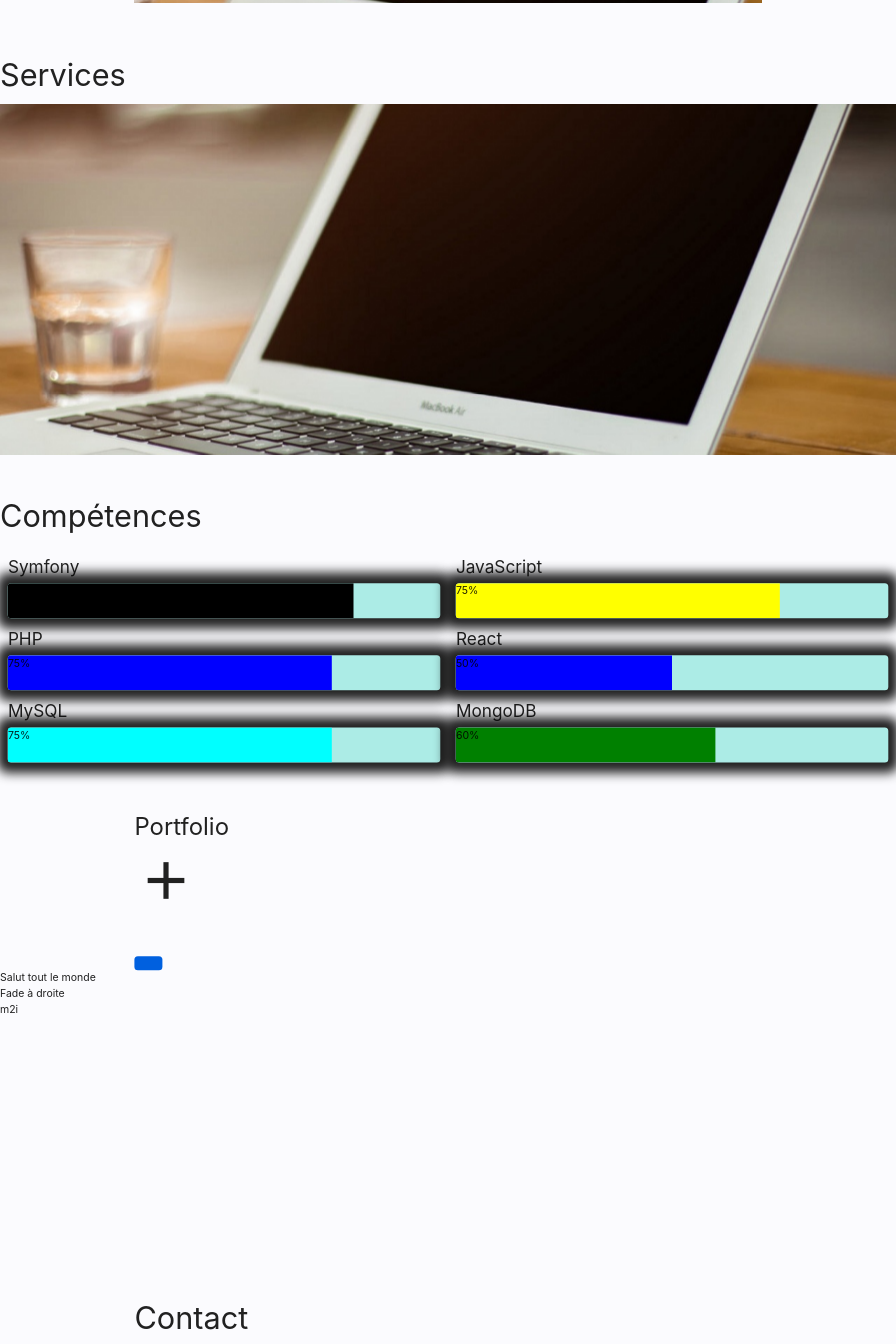
Repository: duncanidaho14/mavitrine
Page: index.html
An editor plug-in stored every save of this project. The page is shown before and after the next save, followed by the edit.
The browser window is 1280 px wide. The pictures show the part of the page from y = 1233 to 3153 px (the page is 4178 px tall), at 70% of full size.

Above is the page before, as saved 2021-06-15 19:44:14.

### index.html
<!DOCTYPE html>
<html lang="fr">
<head>
    <meta charset="UTF-8">
    <meta http-equiv="X-UA-Compatible" content="IE=edge">
    <meta name="viewport" content="width=device-width, initial-scale=1.0">
    <meta name="description" content="">
    <meta name="theme-color" content="#84db94">
    <!-- Compiled and minified CSS -->
    <link href="https://fonts.googleapis.com/icon?family=Material+Icons" rel="stylesheet">
    <link rel="stylesheet" href="https://cdnjs.cloudflare.com/ajax/libs/materialize/1.0.0/css/materialize.min.css">
    <link href="https://unpkg.com/aos@2.3.1/dist/aos.css" rel="stylesheet">
    <link rel="stylesheet" href="./assets/css/style.css">
    <title>Elhadi BEDDAREM</title>
</head>
<body>
<div class="inc">

    <header class="container-fluid">
        <div class="row">
            <nav class="navbar-fixed">
                <div class="nav-wrapper">
                    <a id="switch" onclick="toggleTheme()" class="waves-effect waves-light btn-large"><i class="material-icons">airplay</i></a>
                    <a href="#!" class="brand-logo">EB<i class="material-icons">cloud</i></a>
                    <ul class="right hide-on-med-and-down">
                        <li><a href="#services" class="sc"><i class="material-icons">search</i></a></li>
                        <li><a href="#competences"><i class="material-icons">view_module</i></a></li>
                        <li><a href="#parcours"><i class="material-icons">refresh</i></a></li>
                        <li><a href="#contact"><i class="material-icons">more_vert</i></a></li>
                    </ul>
                </div>
            </nav>
            <ul class="sidenav" id="mobile-demo">
                <li><a href="#quisuisje">Qui suis-je ?</a></li>
                <li><a href="#mestechno">Mes techno</a></li>
                <li><a href="#parcours">Parcours</a></li>
                <li><a href="#contact">Contact</a></li>
            </ul>
            <ul id="slide-out" class="sidenav">
                <li>
                    <div class="user-view">
                        <div class="background">
                            <img src="/assets/img/mysql.png" class="circle">
                        </div>
                        <a href="#user"><img class="circle" src="/assets/img/git.png"></a>
                        <a href="#name"><span class="black-text name">Elhadi Beddarem</span></a>
                        <a href="#email"><span class="black-text email">elhadibeddarem@gmail.com</span></a>
                    </div>
                </li>
                <li><a href="https://codeintheshell.fr" target="_blank"><i class="material-icons">cloud</i>Autre site : codeintheshell.fr</a></li>
                <li><a href="https://shtex.fr/">Autre site : shtex.fr</a></li>
                <li><a href="http://shtexworld.fr/">Autre site : shtexworld.fr</a></li>
                <li>
                    <div class="divider"></div>
                </li>
                <li><a class="subheader">séparateur</a></li>
                <li><a class="waves-effect" href="./assets/img/cvelhadi.pdf" download="cvelhadi"><i class="material-icons">cloud_download</i> CV Download</a></li>
            </ul>
            <a href="#" data-target="slide-out" class="sidenav-trigger"><i class="material-icons">menu</i></a>
        </div>
    </header>

    <section class="container">
        <article class="row">
            <h1 class="elhadi-title" data-aos="fade-right">Elhadi BEDDAREM</h1>
            <h2 data-aos="fade-left">Concepteur d'Application Web</h2>
            <div class="carousel" data-aos="zoom-in-left">
                <a class="carousel-item" href="#two!"><img src="./assets/img/react.png"></a>
                <a class="carousel-item" href="#one!"><img src="./assets/img/symfony.png"></a>
                <a class="carousel-item" href="#three!"><img src="./assets/img/mysql.png"></a>
                <a class="carousel-item" href="#four!"><img src="./assets/img/git.png"></a>
                <a class="carousel-item" href="#five!"><img src="./assets/img/javascript.png"></a>
            </div>

            <div class="parallax-container" data-aos="zoom-in-left">
                <div class="parallax">
                    <img src="./assets/img/ordinateur-de-bureau-pc.jpg" alt="ordinateur de bureau"/>
                </div>
            </div>
        </article>


    </section>

    <section class="container-fluid">
        <div id="services" class="section scrollspy"></div>
        <article class="row services">
            <h3>Services</h3>
            <div class="parallax-container" data-aos="zoom-in-right">
                <div class="parallax">
                    <img src="./assets/img/ordinateur-de-bureau-pc.jpg" alt="ordinateur de bureau"/>
                </div>
            </div>
        </article>
    </section>

    <section class="container-fluid section scrollspy" data-aos="fade-up" id="competences">
        <article class="row competences">
            <h3>Compétences</h3>

                <div class="col s6 ">
                    <h5 class="title-five">Symfony</h5>
                    <div class="progress bar">
                        <div class="determinate symfony" data-done="80">80%</div>
                    </div>

                    <h5 class="title-five">PHP</h5>
                    <div class="progress bar">
                        <div class="determinate php" data-done="75">75%</div>
                    </div>
                    <h5 class="title-five">MySQL</h5>
                    <div class="progress bar">
                        <div class="determinate mysql" data-done="75">75%</div>
                    </div>
                </div>
                <div class="col s6">
                    <h5 class="title-five">JavaScript</h5>
                    <div class="progress bar">
                        <div class="determinate javascript" data-done="75">75%</div>
                    </div>
                    <h5 class="title-five">React</h5>
                    <div class="progress bar">
                        <div class="determinate react" data-done="50">50%</div>
                    </div>
                    <h5 class="title-five">MongoDB</h5>
                    <div class="progress bar">
                        <div class="determinate mongodb" data-done="60">60%</div>
                    </div>
                </div>
        </article>

    </section>

    <aside class="container">
        <article class="row">
            <h4>Portfolio</h4>
            <p><i class="material-icons large">add</i></p>
            <div id="search" class="section scrollspy"></div>
        </article>
        <button></button>
    </aside>




<div data-aos="fade-up">Salut tout le monde</div>



<div data-aos="fade-right">Fade à droite</div>


<div class="fadeup" data-aos="fade-up"
    data-aos-anchor-placement="top-center">
        m2i
</div>
<section class="container">
    <article class="row">
        <h3>Contact</h3>
        <form action="./contact.php" method="POST">
            <input type="text" class="input-group-text" placeholder="nom">
            <input type="email" class="input-group-text" placeholder="email">
            <a class="waves-effect waves-light btn"><i class="material-icons right">cloud</i>Envoyer</a>        </form>

    </article>
</section>

    <footer>
        <p>
                En 2016, un ami m'a mis le pied à l'étriller en me montrant PHP et MySQL.
                Alors je me suis formé au joie du code et m'orienté dans le domaine du web.
                J'ai commencé à suivre des formations sur des plateformes gratuites telle que youtube, freecodecamp
                mais aussi payantes telle que udemy.
            </p>
            <p>En 2017, j'ai travaillé chez FTL Express, une société chinoise de livraison de colis.
                Nous avions pour projet une application d'impression de timbres postaux.
                Le but étant de facilité l'envoie de colis postaux vers la chine pour les personnes chinoises vivant en France. Ceux là leur simplifie  la vie puisqu'il n'ont pas
                à faire la queue à la poste pour l'envoie de leur colis.
                Coté front nous avons utilisé Vue JS et coté back Java. En temps que développeur front-end je suis responsable de la qualité de mon code<br>
                - Migration Vue 2.* et Int8 de l'application<br>
                - Implémentationde fonctionnalité d’importation de CSV
                - Test Unitaire et fonctionnel.<br>
                et de PDF<br>
                <span>Environnement technique: Vue JS, Node JS, Express,
                Element io, Chai, Mocha, SCRUM.</span>
            </p>

            <p>En 2018, j'ai travaillé pour la société Azzerisk Advantage basée à saint Mandé. AZZERISK Advantage est un cabinet indépendant et international proposant
            des solutions complètes en risk management. <br>
                    -         Installation de Cassandra sous windows 10<br>
                    -         Ajout de nouvelles règles de gestion<br>
                    -         Stockage en base de données NoSQL (Cassandra)<br>
                    -         Maintenance évolutive et corrective sur un logiciel de comparaison de stratégie de risk. <br>
                    -         Mise en forme de l’application grâce au flexbox<br>
                    Environnement technique : AngularJS, Oracle, Cassandra, REST, Elasticsearch
            </p>

            <p>En 2019, J'ai travaillé sur des projets personnels : <br>
                <a href="https://shtex.fr" target="_blank">https://shtex.fr</a> est un site en React JS. C'est une SPA connecté à une API REST (the MovieDB). <br>
                <a href="http://shtexworld.fr" target="_blank">https://shtexworld.fr</a> est un site en javascript. Le jeu Snake pour les amateurs ;)<br>
                <a href="http://shtexworld.com"target="_blank" >https://shtexworld.com</a> est un site en React JS. il permet de voir la valeur de la monnaie par rapport au dollar.<br>
            J'ai lu le livre "tête la première dans les design pattern" écrit par Eric Freeman.
            </p>

            <p>En 2020, Développeur fullstack d'une application de calcul du nutriscore avec une solution Symfony 4.3 (twig) :
                <br>
                <a href="https://www.coopin.io/coopincook" target="_blank" rel="noopener noreferrer">https://www.coopin.io/coopincook</a>
                <br>
                <a href="https://cook.readyplayerweb.com/" target="_blank" rel="noopener noreferrer">https://cook.readyplayerweb.com/</a>
                <br>
                Web Scrapping en php de recette de cuisine. Site cuisine AZ, Marmitton, journal des femmes. <br>
                Implémentation de différentes fonctionnalité comme facebook login, facebook share, google sign-in...
                dans le projet symfony.<br>
                Inscription à l'app, connexion à l'app. envoie de mail avec swiftmailer... <br>
                Importation de CSV dans la base de données grâce à une connexion ssh et scp. <br>
                Installation du bundle webpack encore...<br>
                Ecriture de doc technique...<br>
                Site Wordpress avec Elementor.io
            </p>
            <p>
                cours udemy :
                cours d'algo avec matthieu Gaston
                    - algo de tri
                    -
                Octobre 2020<br>
                cours js<br>
                requete HTTP <br>
                function asynchrone<br>
                cours web component HTML5
            </p>
        <div id="footer">
            <p>je fais des macro sur wow</p>
        </div>
    </footer>

</div>

    <!-- Compiled and minified JavaScript -->
    <script src="https://cdnjs.cloudflare.com/ajax/libs/jquery/3.6.0/jquery.js"></script>
    <script src="https://unpkg.com/@popperjs/core@2"></script>
    <script src="https://cdnjs.cloudflare.com/ajax/libs/materialize/1.0.0/js/materialize.min.js"></script>
    <script src="https://unpkg.com/aos@2.3.1/dist/aos.js"></script>
    <script src="./assets/js/index.js"></script>
    <script>
        AOS.init();
    </script>
</body>
</html>

### assets/css/style.css
@font-face {
    font-family: "aladin-v8-latin-regular";
    src:    url("/assets/static/aladin-v8-latin-regular.woff2") format("woff2"),
            url("/assets/static/aladin-v8-latin-regular.woff") format("woff");
}

.theme-light {
    --color-primary: #0060df;
    --color-secondary: #fbfbfe;
    --color-accent: #fd6f53;
    --color-info: #ff9f41;
    --color-prud: #ffcb99;
    --font-color: #000000;
}

.theme-dark {
    --color-primary: #17ed90;
    --color-secondary: #2e6770;
    --color-third: #ff9f41;
    --color-accent: #12cdea;
    --color-info: #00ffff;
    --color-prud: #730100;
    --font-color: #ffffff;
}



* {
    margin: 0;
    padding: 0;
    box-sizing: border-box;
}

html, body {
    scroll-behavior: smooth;
}

.navbar-fixed {
    margin-top: -80px;
    position: fixed;
    z-index: 999;
    background-color: #0060df;
}

a .sidenav-trigger {
    position: relative;
    margin-top: 140px;
    width: 40px;
    height: 40px;
    z-index: 9999;
}

header.container-fluid {
    margin-top: 80px;
    height: auto;
}

.up {
    background-color: bisque;
}

.fadeup {
    width: 200px;
    height: 400px;
}

.inc {

    background: var(--color-secondary);

}

.inc h1 {
    color: var(--font-color);
}

.inc button {
    width: 10px;
    height: 20px;
    color: var(--font-color);
    background: var(--color-primary);
    padding: 10px 20px;
    border: 0;
    border-radius: 5px;
}

#switch {
    background-color: rgba(128, 0, 49, .2);
    top: -5px;
}

.elhadi-title {
    color: #000000;

}

.determinate {
    position: absolute;
}


div.progress.bar {
    height: 50px;
    border-radius: 5px 5px 5px 5px;
    box-shadow: 0px 0px 15px 15px;
}
div.determinate.symfony {
    background-color: #000000;

    height: 50px;
}

.progress>.determinate.symfony {

    width: 0%;
}

.progress>.determinate.react {
    background-color: blue;
}

.progress>.determinate.mysql {
    background-color: aqua;

}

.progress>.determinate.php {
    background-color: blue;
}

.progress>.determinate.javascript {
    background-color: yellow;
}

.progress>.determinate.mongodb {
    background-color: green;
}

### assets/js/index.js
$(document).ready(function(){
    $(".dropdown-trigger").dropdown();
    $('.sidenav').sidenav();
    $('.carousel').carousel();
    $('.parallax').parallax();
    $('.scrollspy').scrollSpy();
});


let competences = document.querySelector(".competences");
let progress = document.querySelectorAll(".progress");
let determinate = document.querySelectorAll(".determinate");
const symfony = document.querySelector('.determinate.symfony');
const react = document.querySelector(".determinate.react");
const mysql = document.querySelector(".determinate.mysql");
const php = document.querySelector(".determinate.php");
const javascript = document.querySelector(".determinate.javascript");
const mongodb = document.querySelector(".determinate.mongodb");
const progressbar = document.querySelector(".progress.bar");

window.addEventListener('scroll', () => {

    if (window.scrollY > 650) {
        competences.classList.add('up');
        symfony.style.width = symfony.getAttribute('data-done') + '%';
        php.style.width = php.getAttribute('data-done') + '%';
        mysql.style.width = mysql.getAttribute('data-done') + '%';
        javascript.style.width = javascript.getAttribute('data-done') + '%';
        react.style.width = react.getAttribute('data-done') + '%';
        mongodb.style.width = mongodb.getAttribute('data-done') + '%';
    }else {
        competences.classList.remove('up');
    }
});

/**
 * Permet d'afficher l'onglet d'une couleur différente
 * Ne marche que sur chrome Android
 * @returns Color
 */
function getRandomRGBValue() {
    return Math.min(Math.floor(Math.random() * 255 + 1), 255);
}

function getRandomColor() {
    var r = getRandomRGBValue(),
        g = getRandomRGBValue(),
        b = getRandomRGBValue();
    return "#" + (((1 << 24) + (r << 16) + (g << 8) + b).toString(16).slice(1));
}

function changeThemeColor() {
    var metaThemeColor = document.querySelector("meta[name=theme-color]");
    metaThemeColor.setAttribute("content", getRandomColor());
    setTimeout(function () {
        changeThemeColor();
    }, 3000);
}

changeThemeColor();


// function to set a given theme/color-scheme
function setTheme(themeName) {
    localStorage.setItem('theme', themeName);
    document.documentElement.className = themeName;
}
// function to toggle between light and dark theme
function toggleTheme() {
    if (localStorage.getItem('theme') === 'theme-dark') {
        setTheme('theme-light');
    } else {
        setTheme('theme-dark');
    }
}
// Immediately invoked function to set the theme on initial load
(function () {
    if (localStorage.getItem('theme') === 'theme-dark') {
        setTheme('theme-dark');
    } else {
        setTheme('theme-light');
    }
})();

After the next save:
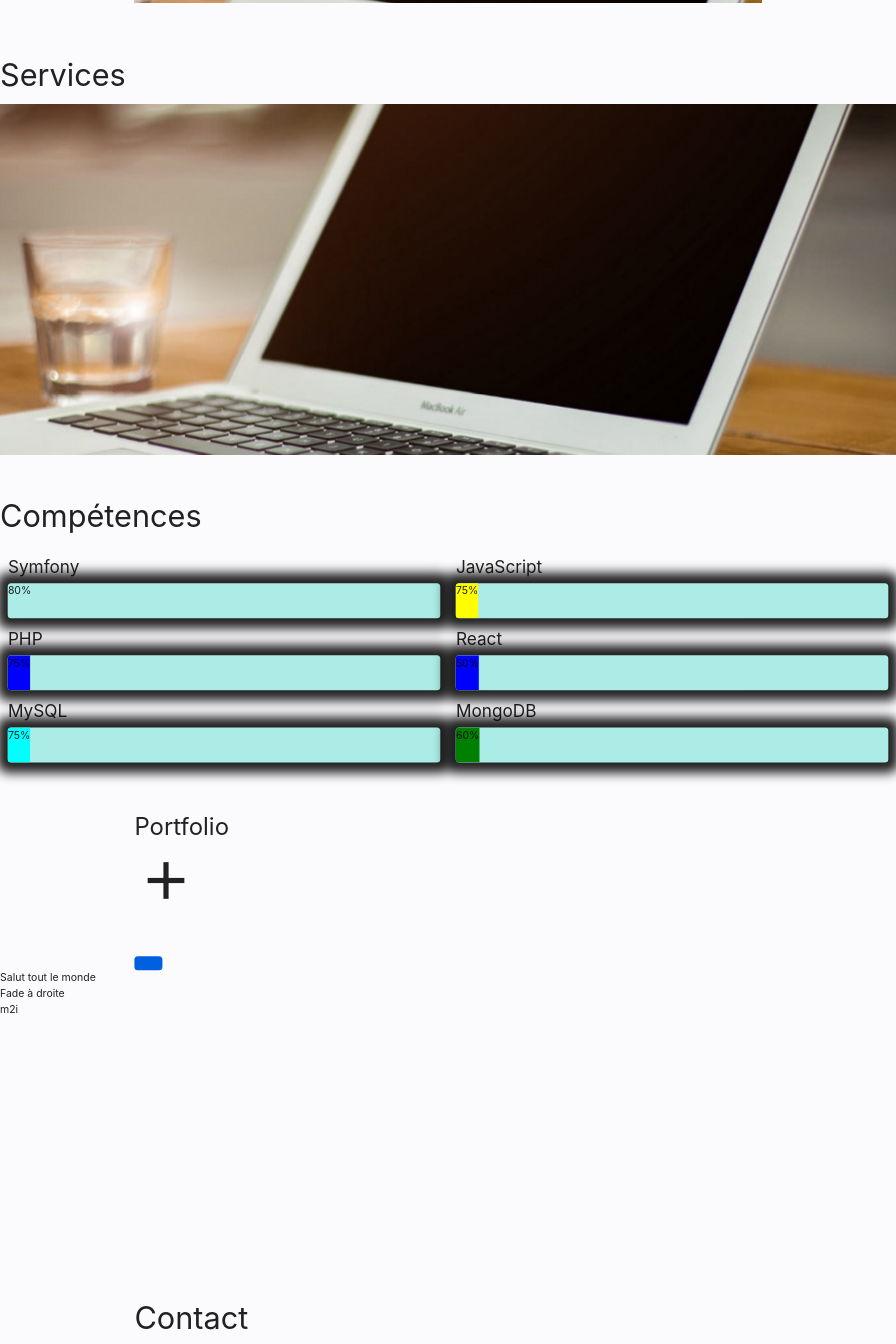
Console error: ReferenceError: timeout is not defined
Saved 14 s later.
--- a/assets/js/index.js
+++ b/assets/js/index.js
@@ -22,6 +22,9 @@
 
     if (window.scrollY > 650) {
         competences.classList.add('up');
+        setTimeout(() => {
+
+        }, timeout);
         symfony.style.width = symfony.getAttribute('data-done') + '%';
         php.style.width = php.getAttribute('data-done') + '%';
         mysql.style.width = mysql.getAttribute('data-done') + '%';

After the save that followed:
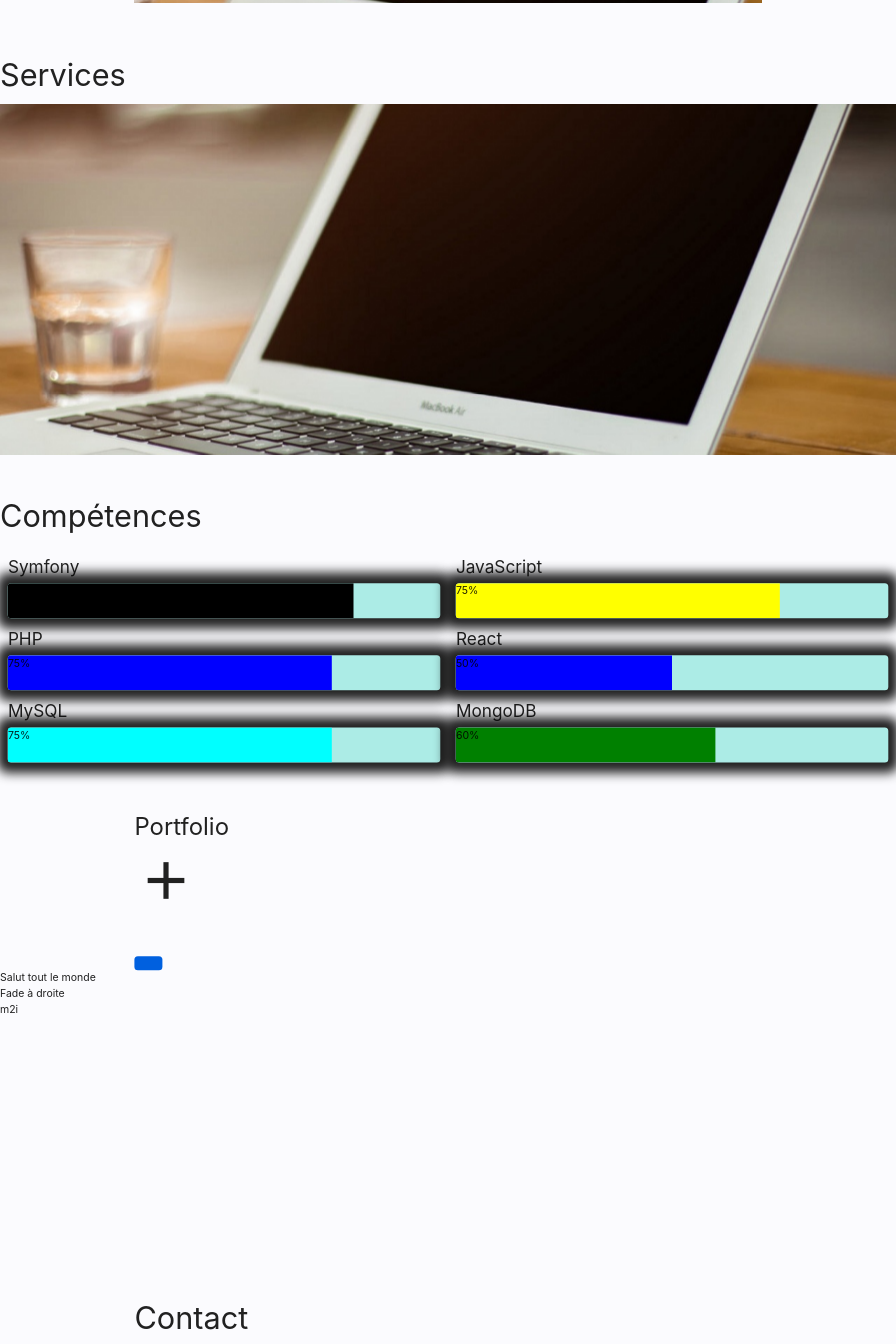
The error is gone.
Saved 4 s later.
--- a/assets/js/index.js
+++ b/assets/js/index.js
@@ -24,7 +24,7 @@
         competences.classList.add('up');
         setTimeout(() => {
 
-        }, timeout);
+        }, 3500);
         symfony.style.width = symfony.getAttribute('data-done') + '%';
         php.style.width = php.getAttribute('data-done') + '%';
         mysql.style.width = mysql.getAttribute('data-done') + '%';
